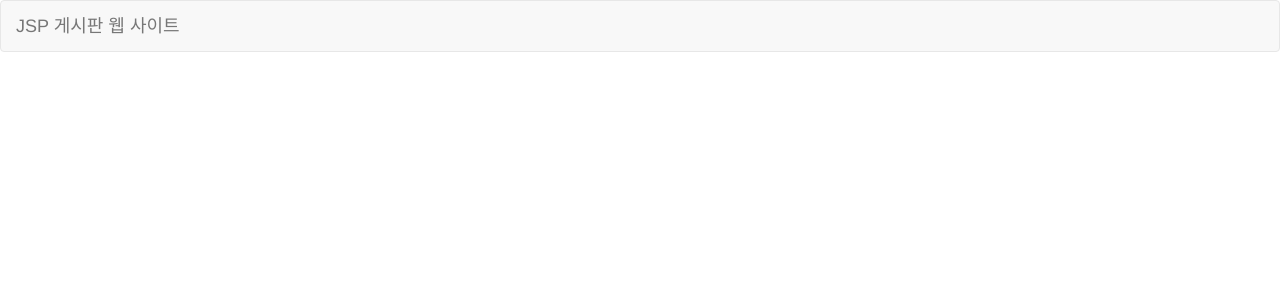
Repository: asdf130700/JSP
Page: http://localhost/BBS/login.jsp
An editor plug-in stored every save of this project. The page is shown before and after the next save, followed by the edit.
The browser window is 1280 px wide. The pictures show the whole page.
Some web libraries are served in a nearby version. The page is served by Tomcat 9.

Above is the page before, as saved 2020-12-02 02:32:16.

After the next save:
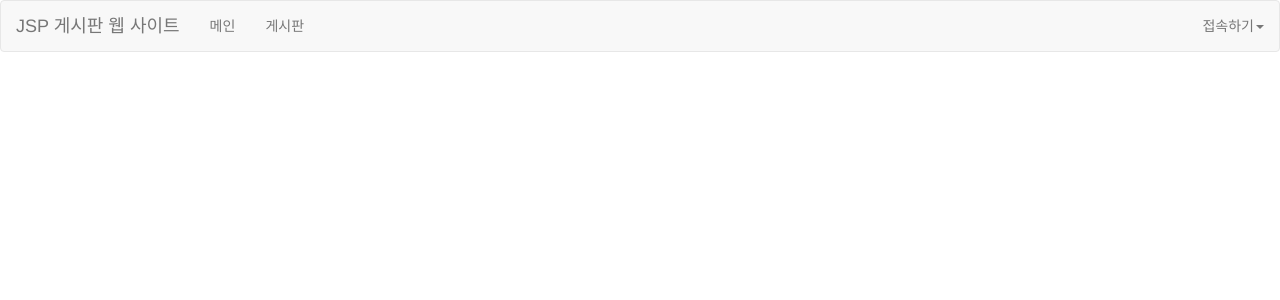
Saved 65 min 46 s later.
--- a/BBS/WebContent/login.jsp
+++ b/BBS/WebContent/login.jsp
@@ -5,7 +5,7 @@
 <head>
 <meta http-equiv="Content-Type" content="text.html; charset=UTF-8">
 <meta name="viewport" content="width=device-width", initial-scale="1">
-<link rel="stylesheet" href="css/bootstrap.css">
+<link rel="stylesheet" href="css/bootstrap.min.css">
 <title>JSP 게시판 웹 사이트</title>
 </head>
 <body>
@@ -20,7 +20,7 @@
 	</button>
 	<a class="navbar-brand" href="main.jsp">JSP 게시판 웹 사이트</a>
 	</div>
-<!-- 	<div class="collapse navbar-collapse" id="bs-example-navbar-collapse-1">
+	<div class="collapse navbar-collapse" id="bs-example-navbar-collapse-1">
 	<ul class="nav navbar-nav">
 	<li><a href="main.jsp">메인</a></li>
 		<li><a href="bbs.jsp">게시판</a></li>
@@ -36,7 +36,7 @@
 	</ul>
 	</li>
 	</ul>
-	</div> -->
+	</div>
 	</nav>
 	<script src="http://code.jquery.com/jquery-3.1.1.min.js"></script>
 	<script src="js/bootstrap.js"></script>
